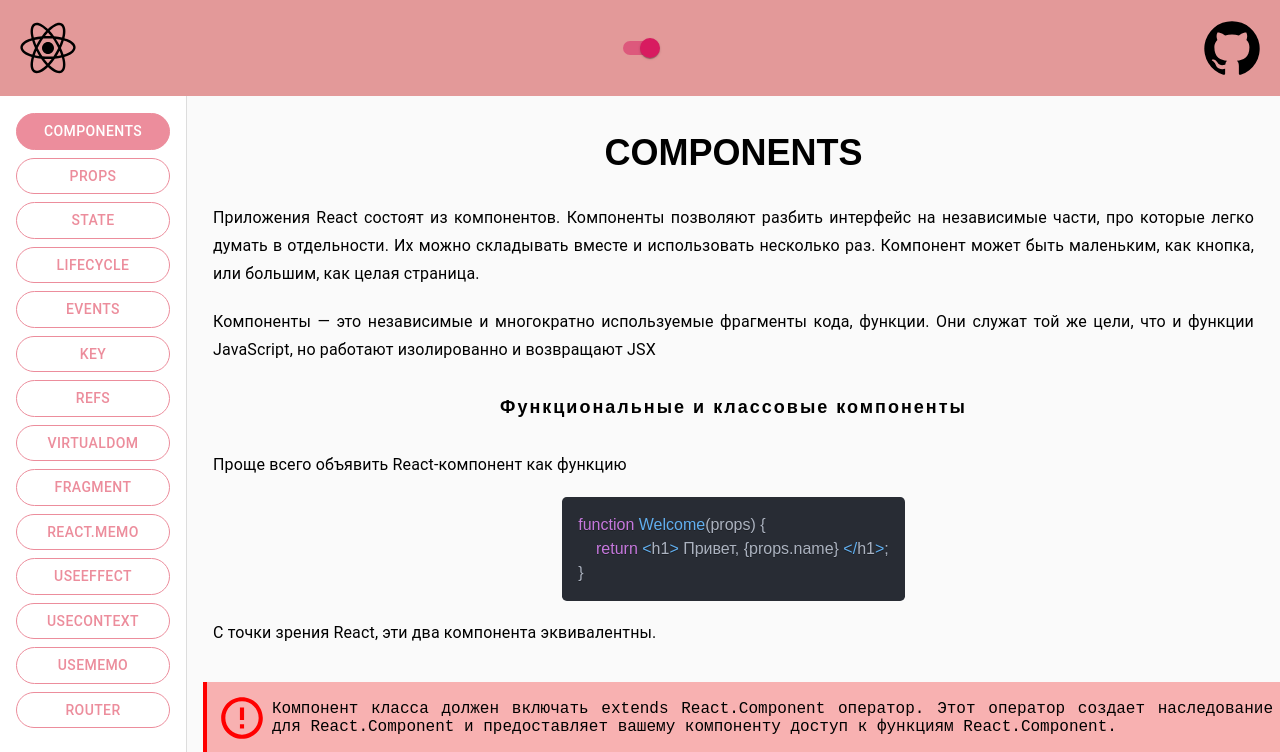
Repository: savannaaaas/reactDocumentation
Page: /topic/components
An editor plug-in stored every save of this project. The page is shown before and after the next save, followed by the edit.
The browser window is 1280 px wide. The pictures show the whole page.
An inner scrolling area shows only its first screen. The project was rebuilt for these pictures with package versions that can differ from the ones it lists, and the page was loaded fresh each time. Also part of the build but not shown: vite.config.js, src/pages/welcomePage/WelcomeButton/WelcomeButton.jsx, src/pages/welcomePage/Content/ContentWelcome.jsx, src/pages/welcomePage/WelcomePage.jsx, src/data/data.js, src/components/CustomTypography/CustomTypography.jsx.

Above is the page before, as saved 2025-07-31 17:42:05.

### index.html
<!DOCTYPE html>
<html lang="en" data-theme="light">
  <head>
    <meta charset="UTF-8" />
    <link rel="icon" type="image/svg+xml" href="/vite.svg" />
    <meta name="viewport" content="width=device-width, initial-scale=1.0" />
    <title>NoteBook</title>
  </head>
  <body>
    <div id="root"></div>
    <script type="module" src="/src/main.jsx"></script>
  </body>
</html>

### src/main.jsx
import { StrictMode } from "react";
import { createRoot } from "react-dom/client";
import App from "./App.jsx";
import { ThemeProvider } from "./providers/ThemeProvider.jsx";
import "./index.scss";
import { BrowserRouter } from "react-router";

createRoot(document.getElementById("root")).render(
  <StrictMode>
    <ThemeProvider>
      <BrowserRouter>
        <App />
      </BrowserRouter>
    </ThemeProvider>
  </StrictMode>
);

### src/App.jsx
import { Routes, Route } from "react-router";
import { WelcomePage } from "./pages/welcomePage/WelcomePage";
import { TopicPage } from "./pages/topicPage/TopicPage";
import "./index.scss";
import { data } from "./data/data";
import { Topic } from "./pages/topicPage/Topic";
function App() {
  return (
    <Routes>
      <Route path="/" element={<WelcomePage />} />
      <Route path="/topic" element={<TopicPage />}>
        <Route
          path="components"
          element={<Topic title={data[0].title} content={data[0].content} />}
        />
        <Route
          path="props"
          element={<Topic title={data[1].title} content={data[1].content} />}
        />
      </Route>
    </Routes>
  );
}

export default App;

### src/providers/ThemeProvider.jsx
import { useEffect, useState } from "react";
import { themes, ThemeContext } from "../contexts/ThemeContext";
const getTheme = () => {
  const theme = `${window?.localStorage.getItem("theme")}`; //получаем тему из хранилища
  if (Object.values(themes).includes(theme)) {
    //если тема такая есть возвращаем
    return theme;
  } //если в хранилище нет смотрим какую тему пользователь предпочитает
  const userMedia = window.matchMedia("(prefers-color-scheme: light)"); //проверяем предпочитает пользователь светлую тему если да возвр
  if (userMedia.matches) return themes.light;
  return themes.dark; //иначе темная
};
export const ThemeProvider = ({ children }) => {
  const [theme, setTheme] = useState(getTheme);
  useEffect(() => {
    document.documentElement.dataset.theme = theme; // добавляем атрибут data-theme на <html>
    localStorage.setItem("theme", theme); //устанавливаем и сохраняем текущую тему
  }, [theme]);
  return (
    <ThemeContext.Provider value={{ theme, setTheme }}>
      {children}
    </ThemeContext.Provider>
  );
};

### src/index.scss
* {
  padding: 0;
  margin: 0;
  box-sizing: border-box;
  overflow: hidden;
  font-family: Arial, Helvetica, sans-serif;
}
body {
  background-color: var(--background-color);
}

:root[data-theme="light"] {
  --background-color: #fafafa;
}

:root[data-theme="dark"] {
  --background-color: #313139;
}

### src/pages/topicPage/TopicPage.jsx
import { useEffect, useRef } from "react";
import { Outlet, useNavigate, useLocation, Link } from "react-router";
import { Header } from "../welcomePage/Header/Header";
import { Navigation } from "../../components/Navigation/Navigation";
import { Grid } from "@mui/material";
import { Button } from "../../components/Button/Button";

export const TopicPage = () => {
  const navigate = useNavigate();
  const location = useLocation();
  useEffect(() => {
    document.querySelector(".custom-typography").scrollIntoView(false);
    document
      .querySelector(".active")
      .scrollIntoView({ inline: "center", behavior: "smooth" });
  }, [location.pathname]);

  const handleGoBack = () => {
    navigate(-1);
  };
  const handleGoNext = () => {
    navigate(1);
  };

  return (
    <>
      <Header />
      <Grid
        sx={{
          display: "flex",
          height: "calc(100vh - 64px)",
        }}
      >
        <Grid
          sx={{
            width: 450,
            borderRight: "1px solid #ddd",
            overflowY: "auto",
            position: "sticky",
            top: 0,
            height: "100%",
          }}
        >
          <Navigation />
        </Grid>
        <Grid sx={{ flexGrow: 1, overflowY: "auto", padding: 2 }}>
          <Outlet />
          <Grid sx={{ display: "flex", flexDirection: "row" }}>
            <Grid>
              <Button onClick={handleGoBack}>Back</Button>
            </Grid>
            <Grid>
              <Button onClick={handleGoNext}>Next</Button>
            </Grid>
          </Grid>
        </Grid>
      </Grid>
    </>
  );
};

### src/pages/topicPage/Topic.jsx
import { ImportantPoints } from "../../components/ImportantPoints/ImportantPoints";
import { CustomTypography } from "../../components/CustomTypography/CustomTypography";
import { Fragment } from "react/jsx-runtime";
import { Code } from "../../components/Code/Code";
import { Text } from "../../components/Text/Text";
import { Title } from "../../components/Title/Title";
import "../../components/CustomTypography/index.scss";
export const Topic = ({ title, content = [] }) => {
  console.log(title);
  const getValue = (content) => {
    return content.map((item) => {
      const [[key, value]] = Object.entries(item);
      switch (key) {
        case "p": {
          return <Text>{value}</Text>;
        }
        case "h": {
          return <Title>{value}</Title>;
        }
        case "c": {
          return <Code>{value}</Code>;
        }
        case "err": {
          return <ImportantPoints>{value}</ImportantPoints>;
        }
      }
    });
  };
  return (
    <>
      <h1 className="custom-typography">{title}</h1>
      {getValue(content).map((item, index) => (
        <Fragment key={index}>{item}</Fragment>
      ))}
    </>
  );
};

### src/contexts/ThemeContext.jsx
import { createContext } from "react";
export const themes = {
  dark: "dark",
  light: "light",
};

export const ThemeContext = createContext({});

### src/pages/welcomePage/Header/Header.jsx
import GitHubIcon from "@mui/icons-material/GitHub";
import { Image } from "../../../components/Image/Image";
import { Toggle } from "../../../components/Toggle/Toggle";
import reactLogo from "../../../assets/react.svg";
import "../index.scss";
import { IconButton } from "@mui/material";
import { forwardRef } from "react";

export const Header = forwardRef((props, ref) => {
  return (
    <div ref={ref} className="header" {...props}>
      <IconButton
        href="https://react.dev/learn"
        target="_blank"
        rel="noopener noreferrer"
      >
        <Image src={reactLogo} style={{ width: "60px" }} />
      </IconButton>
      <Toggle />
      <IconButton
        href="https://github.com/savannaaaas"
        target="_blank"
        rel="noopener noreferrer"
        sx={{
          color: "black",
          "&:hover": {
            color: "#d81b60",
          },
        }}
      >
        <GitHubIcon
          sx={{
            fontSize: "60px",
          }}
        />
      </IconButton>
    </div>
  );
});

### src/pages/welcomePage/index.scss
$light-color: rgb(242, 118, 138);
$dark-color: #ffffff;

.header {
  background-color: rgb(227, 153, 153);
  display: flex;
  flex-direction: row;
  align-items: center;
  justify-content: space-between;
  padding: 10px;
  width: 100%;
}

.base-content {
  position: relative;
  display: flex;
  flex-direction: column;
  justify-content: center;
  align-items: center;
  gap: 100px;
  color: rgb(242, 118, 138);

  p {
    a {
      color: rgb(242, 118, 138);
      text-decoration: none;
    }
  }
}

.welcome-page {
  position: relative;
  display: flex;
  flex-direction: column;
  gap: 100px;
  justify-content: center;
  align-items: center;
}

.welcome-button {
  padding: 10 30px;
  width: 170px;
  border-radius: 30px;
}
[data-theme="light"] {
  .base-content {
    color: $light-color;

    p {
      a {
        color: $light-color;
      }
    }
  }
  .welcome-button {
    background-color: rgb(245, 60, 91);
    color: white;
  }
}

[data-theme="dark"] {
  .base-content {
    color: $dark-color;

    p {
      a {
        color: $dark-color;
      }
    }
  }
  .welcome-button {
    background-color: white;
    color: rgb(245, 60, 91);
  }
}

### src/components/Navigation/Navigation.jsx
import { Button } from "../Button/Button";
import "./index.scss";
import { Box, List, ListItem } from "@mui/material";
import { NavLink } from "react-router";
import { ButtonNavigate } from "./ButtonNavigate";
export const Navigation = () => {
  return (
    <Box
      className="list"
      sx={{
        overflowY: "auto",
        p: 2,
        left: 0,
      }}
    >
      <List sx={{ display: "flex", flexDirection: "column", gap: 1 }}>
        <ListItem disablePadding>
          <ButtonNavigate component={NavLink} to="/topic/components" fullWidth>
            Components
          </ButtonNavigate>
        </ListItem>
        <ListItem disablePadding>
          <ButtonNavigate component={NavLink} to="/topic/props" fullWidth>
            Props
          </ButtonNavigate>
        </ListItem>
        <ListItem disablePadding>
          <ButtonNavigate component={NavLink} to="/topic/state" fullWidth>
            State
          </ButtonNavigate>
        </ListItem>
        <ListItem disablePadding>
          <ButtonNavigate component={NavLink} to="/topic/lifecycle" fullWidth>
            Lifecycle
          </ButtonNavigate>
        </ListItem>
        <ListItem disablePadding>
          <ButtonNavigate component={NavLink} to="/topic/events" fullWidth>
            Events
          </ButtonNavigate>
        </ListItem>
        <ListItem disablePadding>
          <ButtonNavigate component={NavLink} to="/topic/key" fullWidth>
            Key
          </ButtonNavigate>
        </ListItem>
        <ListItem disablePadding>
          <ButtonNavigate component={NavLink} to="/topic/refs" fullWidth>
            Refs
          </ButtonNavigate>
        </ListItem>
        <ListItem disablePadding>
          <ButtonNavigate component={NavLink} to="/topic/virtual-dom" fullWidth>
            VirtualDOM
          </ButtonNavigate>
        </ListItem>
        <ListItem disablePadding>
          <ButtonNavigate component={NavLink} to="/topic/fragment" fullWidth>
            Fragment
          </ButtonNavigate>
        </ListItem>
        <ListItem disablePadding>
          <ButtonNavigate component={NavLink} to="/topic/react-memo" fullWidth>
            React.Memo
          </ButtonNavigate>
        </ListItem>
        <ListItem disablePadding>
          <ButtonNavigate component={NavLink} to="/topic/useEffect" fullWidth>
            useEffect
          </ButtonNavigate>
        </ListItem>
        <ListItem disablePadding>
          <ButtonNavigate component={NavLink} to="/topic/useContext" fullWidth>
            useContext
          </ButtonNavigate>
        </ListItem>
        <ListItem disablePadding>
          <ButtonNavigate component={NavLink} to="/topic/useMemo" fullWidth>
            useMemo
          </ButtonNavigate>
        </ListItem>
        <ListItem disablePadding>
          <ButtonNavigate component={NavLink} to="/topic/router" fullWidth>
            Router
          </ButtonNavigate>
        </ListItem>
      </List>
    </Box>
  );
};

### src/components/Button/Button.jsx
import ButtonCustom from "@mui/material/Button";
export const Button = ({ children, ...props }) => {
  return <ButtonCustom {...props}>{children}</ButtonCustom>;
};

### src/components/ImportantPoints/ImportantPoints.jsx
import Box from "@mui/material/Box";
import ErrorOutlineIcon from "@mui/icons-material/ErrorOutline";
import "./index.scss";
export const ImportantPoints = ({ children }) => {
  return (
    <Box component="section" className="importantBox">
      <ErrorOutlineIcon sx={{ color: "red", fontSize: 50 }} />
      {children}
    </Box>
  );
};

### src/components/Code/Code.jsx
import Paper from "@mui/material/Paper";
import { Prism as SyntaxHighlighter } from "react-syntax-highlighter";
import { oneDark } from "react-syntax-highlighter/dist/esm/styles/prism";
import { Box } from "@mui/material";
export const Code = ({ children }) => {
  return (
    <Box
      sx={{
        display: "flex",
        flexWrap: "wrap",
        justifyContent: "center",
        alignItems: "center",
      }}
    >
      <SyntaxHighlighter language="javascript" style={oneDark}>
        {children}
      </SyntaxHighlighter>
    </Box>
  );
};

### src/components/Text/Text.jsx
import { Typography } from "@mui/material";
import "./index.scss";
export const Text = ({ children, props }) => {
  return (
    <Typography {...props} variant="subtitle1" className="text">
      {children}
    </Typography>
  );
};

### src/components/Title/Title.jsx
import "./index.scss";
export const Title = ({ children }) => {
  return <div className="title">{children}</div>;
};

### src/components/CustomTypography/index.scss
@use "../Text/index";

.custom-typography {
  margin: 20px;
  font-weight: bold;
  text-transform: uppercase;
  text-align: center;
  font-size: 36px;
}
[data-theme="light"] {
  .custom-typography {
    color: index.$text-color-light;
  }
}
[data-theme="dark"] {
  .custom-typography {
    color: index.$text-color-dark;
  }
}

### src/components/Image/Image.jsx
export const Image = ({ ...props }) => {
  return <img {...props} />;
};

### src/components/Toggle/Toggle.jsx
import { useContext } from "react";
import { ThemeContext } from "../../contexts/ThemeContext";
import { alpha, styled } from "@mui/material/styles";
import { grey, pink } from "@mui/material/colors";
import { themes } from "../../contexts/ThemeContext";
import Switch from "@mui/material/Switch";
export const Toggle = () => {
  const { theme, setTheme } = useContext(ThemeContext);
  const ThemeSwitch = styled(Switch)(({ theme }) => ({
    "& .MuiSwitch-switchBase": {
      color: grey[600],
      "&:hover": {
        backgroundColor: alpha(grey[600], theme.palette.action.hoverOpacity),
      },
    },
    "& .MuiSwitch-track": {
      backgroundColor: grey[600],
    },
    "& .MuiSwitch-switchBase.Mui-checked": {
      color: pink[600],
      "&:hover": {
        backgroundColor: alpha(pink[600], theme.palette.action.hoverOpacity),
      },
    },
    "& .MuiSwitch-switchBase.Mui-checked + .MuiSwitch-track": {
      backgroundColor: pink[600],
    },
  }));
  const handleChange = () => {
    if (theme === themes.light) setTheme(themes.dark);
    if (theme === themes.dark) setTheme(themes.light);
  };
  return (
    <ThemeSwitch checked={theme == themes.light} onChange={handleChange} />
  );
};

### src/components/Navigation/index.scss

[data-theme="light"] {
  .list{
    background-color:#ffffff;
  }
  .navigate-button {

  }
}

[data-theme="dark"] {
  .list{
background-color:#313139
  }
  .navigate-button {

  }
}

### src/components/Navigation/ButtonNavigate.jsx
import { Button } from "../Button/Button";
import "./index.scss";
export const ButtonNavigate = ({ children, ...props }) => {
  return (
    <Button
      {...props}
      variant="outlined"
      sx={{
        width: "200px",
        fontSize: "14px",
        borderRadius: "40px",
        border: "1px rgba(236, 141, 156, 1) solid",
        color: "rgba(236, 141, 156, 1)",
        "&.active": {
          backgroundColor: "rgba(236, 141, 156, 1)",
          color: "#ffff",
        },
      }}
    >
      {children}
    </Button>
  );
};

### src/components/ImportantPoints/index.scss
.importantBox {
  display: flex;
  width: 150vh;
  height: 10vh;
  margin: 25px auto;
  text-align: justify;
  align-items: center;
  flex-direction: row;
  gap: 5px;
  padding: 10px;
  box-sizing: border-box;
  font-size: 16px;
  font-family: monospace;
}
[data-theme="light"] {
  .importantBox {
    border-left: 4px solid red;
    background-color: rgba(245, 3, 3, 0.292);
  }
}
[data-theme="dark"] {
  .importantBox {
    border-left: 4px solid red;
    background-color: rgb(95, 95, 95);
    color: rgb(232, 232, 232);
  }
}

### src/components/Text/index.scss
$text-color-dark: aliceblue;
$text-color-light: black;
.text {
  text-align: justify;
  font-size: medium;
  line-height: 1.5;
  letter-spacing: 2px;
  padding: 10px;
}
[data-theme="light"] {
  .text {
    color: $text-color-light;
  }
}
[data-theme="dark"] {
  .text {
    color: $text-color-dark;
  }
}

### src/components/Title/index.scss
@use "../Text/index";
.title {
  text-align: center;
  font-size: 18px;
  line-height: 1.5;
  letter-spacing: 2px;
  margin: 20px;
  font-weight: bold;
}

[data-theme="light"] {
  .title {
    color: index.$text-color-light;
  }
}
[data-theme="dark"] {
  .title {
    color: index.$text-color-dark;
  }
}

After the next save:
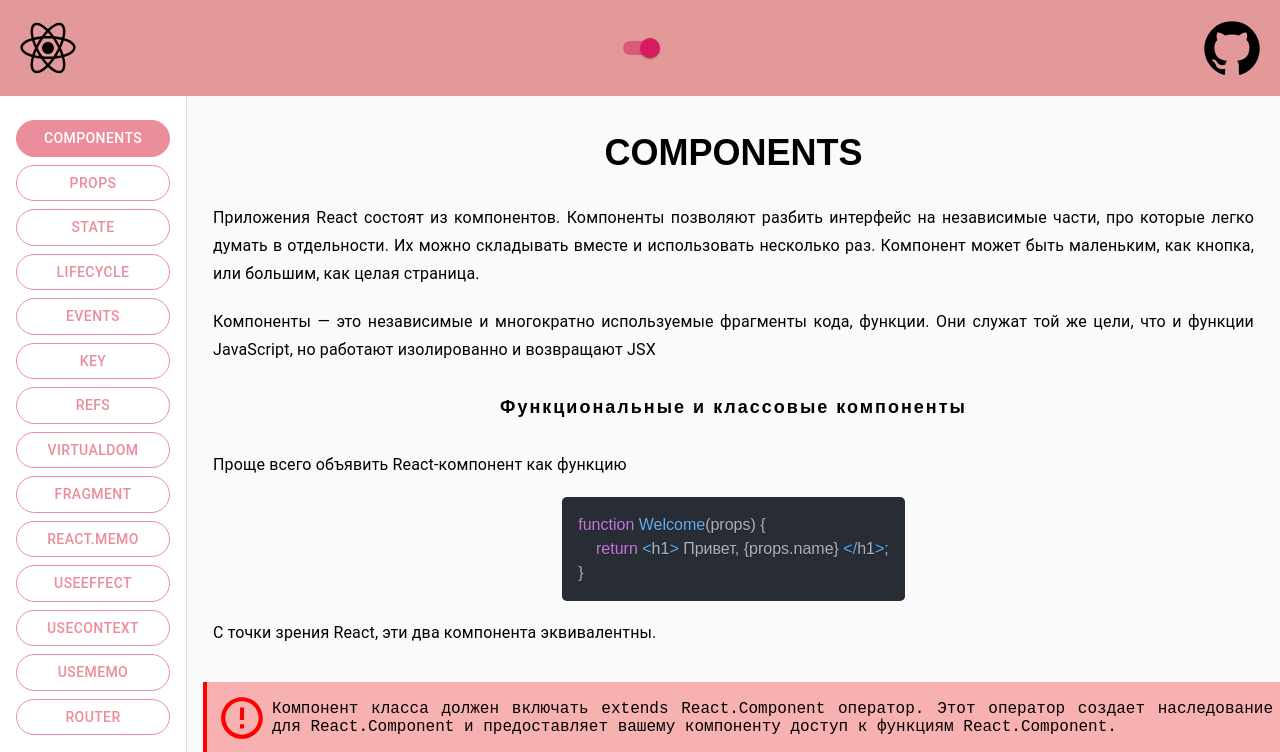
Saved 10 s later.
--- a/src/pages/topicPage/TopicPage.jsx
+++ b/src/pages/topicPage/TopicPage.jsx
@@ -10,9 +10,9 @@
   const location = useLocation();
   useEffect(() => {
     document.querySelector(".custom-typography").scrollIntoView(false);
-    document
-      .querySelector(".active")
-      .scrollIntoView({ inline: "center", behavior: "smooth" });
+    // document
+    //   .querySelector(".active")
+    //   .scrollIntoView({ inline: "center", behavior: "smooth" });
   }, [location.pathname]);
 
   const handleGoBack = () => {
